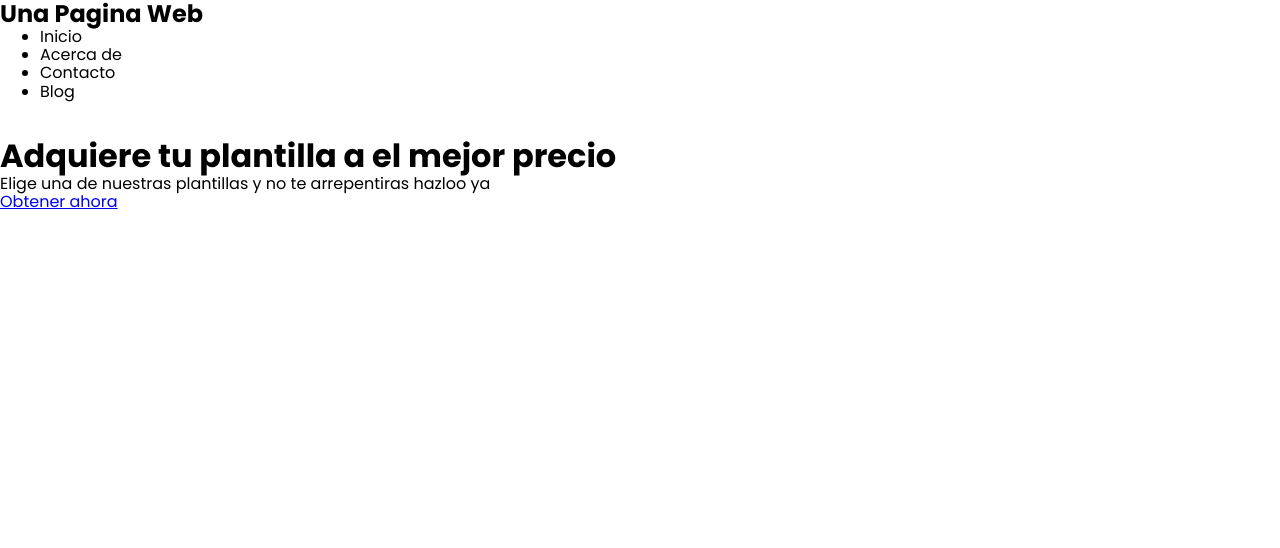
Repository: cega17/una-pagina-web
Page: index.html
These files come from the project's save history. The page is drawn as it stood at one moment and after the next save; the edit follows.
The browser window is 1280 px wide. The pictures show the whole page.

Above is the page before, as saved 2023-10-28 04:22:36.

After the next save:
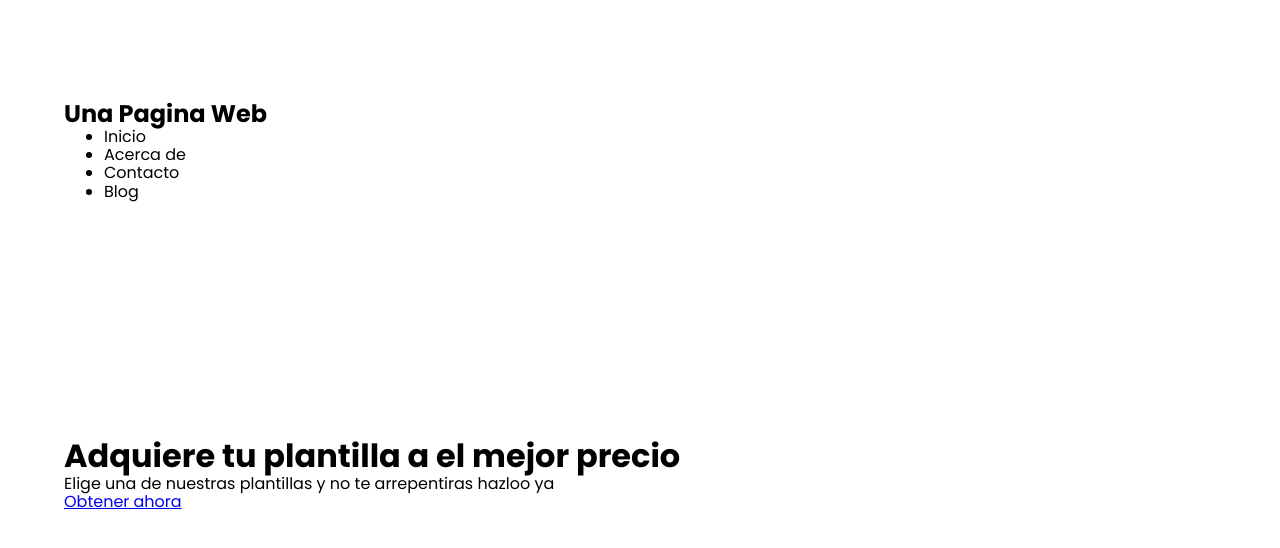
Saved 85 s later.
--- a/css/styles.css
+++ b/css/styles.css
@@ -10,4 +10,8 @@
 }
 .container{
     width: 90%;
+    max-width: 1200px;
+    margin: 0 auto;
+    overflow: hidden;
+    padding: var(--padding-container);
 }
